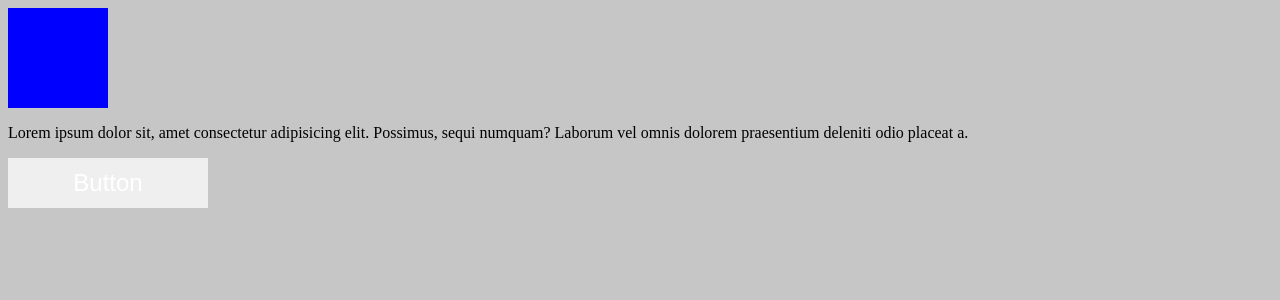
Repository: sparrowkg/TeamWork
Page: index.html
These files come from the project's save history. The page is drawn as it stood at one moment and after the next save; the edit follows.
The browser window is 1280 px wide. The pictures show the whole page.

Above is the page before, as saved 2024-02-08 12:52:10.

After the next save:
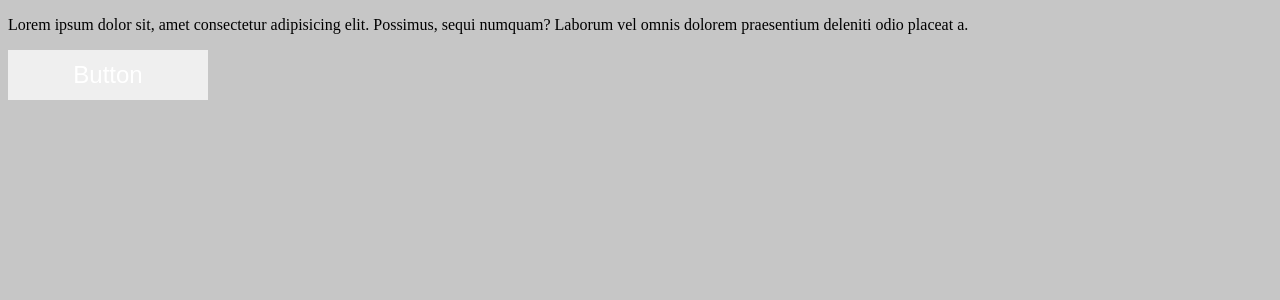
Saved 7 s later.
--- a/style.css
+++ b/style.css
@@ -3,7 +3,7 @@
   background-color: #c6c6c6;
 
 }
-
+/con
 .pic {
     width: 100px;
     height: 100px;

After the 2 saves that followed:
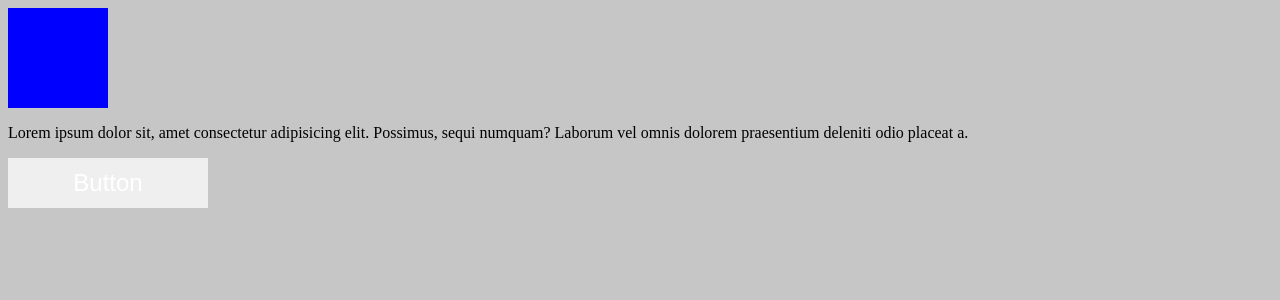
The 2 saves are shown as one change because 1 left the picture as it was.
The last was saved 10 s later.
--- a/style.css
+++ b/style.css
@@ -3,7 +3,7 @@
   background-color: #c6c6c6;
 
 }
-/con
+.container
 .pic {
     width: 100px;
     height: 100px;
